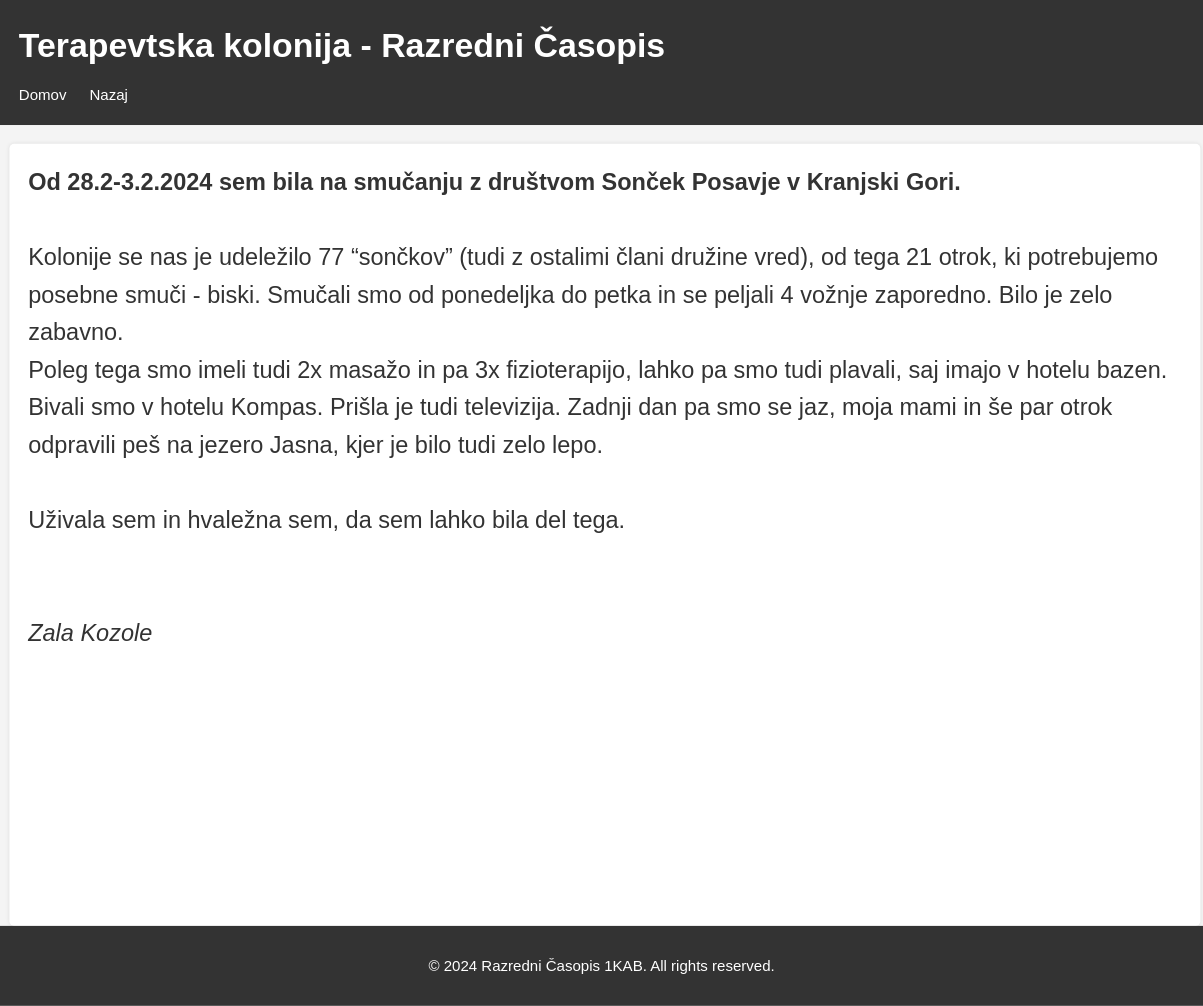
Repository: razrednicasopis/razrednicasopis.github.io
Page: Resources/terapevtskakolonija.html
The author's editor kept a copy of each file at every save. The page is drawn from the files as they stood at one save, then again after the next save.
The browser window is 1280 px wide. The pictures show the whole page, at 94% of full size.

Above is the page before, as saved 2024-03-12 12:53:08.
Console error: TypeError: Cannot read properties of null (reading 'addEventListener')

### Resources/terapevtskakolonija.html
<!DOCTYPE html>
<html lang="en">
<head>
    <meta charset="UTF-8">
    <meta name="viewport" content="width=device-width, initial-scale=1.0">
    <title>Terapevtska kolonija - Razredni Časopis</title>
    <link rel="stylesheet" href="system.css">
    <link rel="stylesheet" href="styless.css">
</head>
<body>

    <div class="blur-container">
    <header>
        <h1>Terapevtska kolonija - Razredni Časopis</h1>
        <nav>
          <ul>
            <li><a href="index.html">Domov</a></li>
            <li><a href="februar2024.html">Nazaj</a></li>
          </ul>
        </nav>
      </header>

<div class="člankimargin">
    <article>
        <div class="člankitext">
        <b>Od 28.2-3.2.2024 sem bila na smučanju z društvom Sonček Posavje v Kranjski Gori. </b><br><br>
Kolonije se nas je udeležilo 77 “sončkov” (tudi z ostalimi člani družine vred), od tega 21
otrok, ki potrebujemo posebne smuči - biski. Smučali smo od ponedeljka do petka in se
peljali 4 vožnje zaporedno. Bilo je zelo zabavno. <br>
Poleg tega smo imeli tudi 2x masažo in pa
3x fizioterapijo, lahko pa smo tudi plavali, saj imajo v hotelu bazen. <br>
Bivali smo v hotelu Kompas. Prišla je tudi televizija. Zadnji dan pa smo se jaz, moja mami in še par otrok
odpravili peš na jezero Jasna, kjer je bilo tudi zelo lepo. <br><br>
Uživala sem in hvaležna sem, da sem lahko bila del tega. <br><br><br>
            <i>Zala Kozole</i>
        </div>
    </article>
</div>


<footer>
    <p>&copy; 2024 Razredni Časopis 1KAB. All rights reserved.
    </footer>
</div>

<!--Pop-ups and other HTML code-->
<div id="maintenancePopup">
    <div id="maintenancePopupContent">
      <h1>POVEZAVA IZGUBLJENA</h1>
      <p>Povezava z strežnikom izgubljena zaradi vzdrževanja strani. Prosimo osvežite stran.</p>
      <button id="closeMaintenancePopupBtn">Osveži</button>
    </div>
  </div>

<script src="alerts.js"></script>
<script src="maintenancemode.js"></script>
</body>
</html>

### Resources/system.css
/* Koda za "Coming Soon" pop-up */

#popupContainer {
    display: none;
    position: fixed;
    top: 50%;
    left: 50%;
    transform: translate(-50%, -50%);
    background-color: #ffffff;
    box-shadow: 0 4px 8px rgba(0, 0, 0, 0.1);
    padding: 20px;
    border-radius: 10px;
    text-align: center;
    z-index: top;
  }

  #popupContent {
    max-width: 400px;
    margin: 0 auto;
  }

  #closePopupBtn {
    background-color: #3498db;
    color: #ffffff;
    padding: 10px 15px;
    border: none;
    border-radius: 5px;
    cursor: pointer;
  }

  #closePopupBtn:hover {
      background-color: #4da8e1;
  }

  #showPopupLink {
    display: inline-block;
    padding: 10px 15px;
    color: #ffffff;
    text-decoration: none;
    border-radius: 5px;
    cursor: pointer;
  }

body.popup-open {
   overflow: hidden;
}

.popup-open .blur-container {
  filter: blur(5px); /* Apply blur effect only when popup is open */
  pointer-events: none;
}

#maintenancePopup {
  display: none;
  position: fixed;
  top: 50%;
  left: 50%;
  transform: translate(-50%, -50%);
  background-color: #ffffff;
  box-shadow: 0 4px 8px rgba(0, 0, 0, 0.1);
  padding: 20px;
  border-radius: 10px;
  text-align: center;
  z-index: 999;
}

#maintenancePopupContent {
  max-width: 400px;
  margin: 0 auto;
}

#closeMaintenancePopupBtn {
  background-color: #3498db;
  color: #ffffff;
  padding: 10px 15px;
  border: none;
  border-radius: 5px;
  cursor: pointer;
  margin-top: 20px;
}

#closeMaintenancePopupBtn:hover {
  background-color: #4da8e1;
}

/* Koda za "Kontakt" obrazec */

#contactform {
    align-self: center;
    }

    .formcontainer {
      text-align: center;
      margin-top: 50px;
      display: flex;
      justify-content: center;
      align-items: flex-start; /* Align items at the top */
  }

  .border-box {
      display: inline-block;
      padding: 20px;
      width: 550px;
      height: 500px;
      border: 5px solid #333; /* Set your desired border color */
      border-radius: 30px; /* Set the border radius for slightly curved corners */
      background-color: #333; /* Set your desired background color inside the border */
  }

  form input,
form textarea {
    width: calc(100% - 40px); /* Adjusted width with a bit of padding on each side */
    padding: 10px; /* Increased padding for better readability */
    margin-bottom: 5px; /* Increased spacing between input areas */
    margin-top: 25px; /* Move input areas slightly lower */
    height: 40px; /* Increased height to make input areas bigger */
}

form select{
width: calc(100% - 40px); /* Adjusted width with a bit of padding on each side */
padding: 10px; /* Increased padding for better readability */
margin-bottom: 5px;
margin-top: 20px; /* Move input areas slightly lower */
height: 40px; /* Height of input areas */
border: 1px solid #ccc; /* Border style */
border-radius: 5px; /* Border radius */
font-size: 16px; /* Font size */
}

form textarea {
  height: 120px;
}

/* Form Submit Button Styles */

/* Your existing CSS code */
/* Koda za "Coming Soon" pop-up */

#popupContainer {
  display: none;
  position: fixed;
  top: 50%;
  left: 50%;
  transform: translate(-50%, -50%);
  background-color: #ffffff;
  box-shadow: 0 4px 8px rgba(0, 0, 0, 0.1);
  padding: 20px;
  border-radius: 10px;
  text-align: center;
  z-index: top;
}


#popupContent {
  max-width: 400px;
  margin: 0 auto;
}

#closePopupBtn {
  background-color: #3498db;
  color: #ffffff;
  padding: 10px 15px;
  border: none;
  border-radius: 5px;
  cursor: pointer;
}

#closePopupBtn:hover {
    background-color: #4da8e1;
}

#showPopupLink {
  display: inline-block;
  padding: 10px 15px;
  color: #ffffff;
  text-decoration: none;
  border-radius: 5px;
  cursor: pointer;
}

body.popup-open {
 overflow: hidden;
}

body.blur {
filter: blur(5px);
pointer-events: none;
z-index: 1;
}

/* Koda za "Kontakt" obrazec */

#contactform {
  align-self: center;
}

.formcontainer {
  text-align: center;
  margin-top: 50px;
  display: flex;
  justify-content: center;
  align-items: flex-start; /* Align items at the top */
}

.border-box {
  display: inline-block;
  padding: 20px;
  width: 550px;
  height: 500px;
  border: 5px solid #333; /* Set your desired border color */
  border-radius: 30px; /* Set the border radius for slightly curved corners */
  background-color: #333; /* Set your desired background color inside the border */
}

form input,
form textarea {
  width: calc(100% - 40px); /* Adjusted width with a bit of padding on each side */
  padding: 10px; /* Increased padding for better readability */
  margin-bottom: 5px; /* Increased spacing between input areas */
  margin-top: 25px; /* Move input areas slightly lower */
  height: 40px; /* Increased height to make input areas bigger */
}

form select{
width: calc(100% - 40px); /* Adjusted width with a bit of padding on each side */
padding: 10px; /* Increased padding for better readability */
margin-bottom: 5px;
margin-top: 20px; /* Move input areas slightly lower */
height: 40px; /* Height of input areas */
border: 1px solid #ccc; /* Border style */
border-radius: 5px; /* Border radius */
font-size: 16px; /* Font size */
}

form textarea {
height: 120px;
}

/* Combined CSS for Blob Button */

*, *:before, *:after {
  box-sizing: border-box;
  margin: 0;
  padding: 0;
}

.buttons {
  margin-top: 2 0px;
  text-align: center;
  border-radius: 30px;
}

.blob-btn {
  z-index: 1;
  position: relative;
  padding: 20px 150px;
  margin-bottom: 40px;
  margin-top: 10px;
  text-align: center;
  text-transform: uppercase;
  color: #0505A9;
  font-size: 16px;
  font-weight: bold;
  background-color: transparent;
  outline: none;
  border: none;
  transition: color 0.5s;
  cursor: pointer;
  border-radius: 30px;
}
.blob-btn:before {
  content: "";
  z-index: 1;
  position: absolute;
  left: 0;
  top: 0;
  width: 100%;
  height: 100%;
  border: 2px solid #0505A9;
  border-radius: 30px;
}
.blob-btn:after {
  content: "";
  z-index: -2;
  position: absolute;
  left: 3px;
  top: 3px;
  width: 100%;
  height: 100%;
  transition: all 0.3s 0.2s;
  border-radius: 30px;
}
.blob-btn:hover {
  color: #FFFFFF;
  border-radius: 30px;
}
.blob-btn:hover:after {
  transition: all 0.3s;
  left: 0;
  top: 0;
  border-radius: 30px;
}
.blob-btn__inner {
  z-index: -1;
  overflow: hidden;
  position: absolute;
  left: 0;
  top: 0;
  width: 100%;
  height: 100%;
  border-radius: 30px;
  background: #ffffff;
}
.blob-btn__blobs {
  position: relative;
  display: block;
  height: 100%;
  filter: url("#goo");
}
.blob-btn__blob {
  position: absolute;
  top: 2px;
  width: 30%;
  height: 100%;
  background: #0505A9;
  border-radius: 100%;
  transform: translate3d(0, 150%, 0) scale(1.7);
  transition: transform 0.45s;
}
@supports (filter: url("#goo")) {
  .blob-btn__blob {
    transform: translate3d(0, 150%, 0) scale(1.4);
  }
}
.blob-btn__blob:nth-child(1) {
  left: 0%;
  transition-delay: 0s;
}
.blob-btn__blob:nth-child(2) {
  left: 30%;
  transition-delay: 0.08s;
}
.blob-btn__blob:nth-child(3) {
  left: 60%;
  transition-delay: 0.16s;
}
.blob-btn__blob:nth-child(4) {
  left: 90%;
  transition-delay: 0.24s;
}
.blob-btn:hover .blob-btn__blob {
  transform: translateZ(0) scale(1.7);
}

/* Define the keyframes for the pulse effect */
@keyframes pulse {
  0% {
    box-shadow: 0 0 0 0 rgba(255, 255, 255, 0.7); /* Initial box shadow color, adjust to match button color */
  }
  50% {
    box-shadow: 0 0 0 20px rgba(255, 255, 255, 0); /* Intermediate box shadow color */
  }
  100% {
    box-shadow: 0 0 0 0 rgba(255, 255, 255, 0); /* Final box shadow color */
  }
}

/* Apply the animation to the button when it's clicked or focused */
.blob-btn:active, .blob-btn:focus {
  animation: pulse 0.3s ease-in-out; /* Adjust the duration to control the pulse speed */
}

@supports (filter: url("#goo")) {
  .blob-btn:hover .blob-btn__blob {
    transform: translateZ(0) scale(1.5);
  }
}

/* CSS za uro */

.clock {
  margin-top: 6cm;
  text-align: center;
  font-size: 3em;
}

/*CSS za vse stranske nav skupine razen za glavno */

.seznamvsebin {
  display: inline-block;
  vertical-align: bottom;
  width: calc(20% - 4px); /* Adjust width to accommodate border */
  box-sizing: border-box;
  margin: 40px;
  border: 3px solid #000; /* Border thickness */
  height: 750px; /* Set desired height */
  /* Additional styling for seznamvsebin if needed */
  background-color: #f2f2f2;

}

.seznamvsebin nav {
    justify-content: center;
    padding: 30px;

}

.seznamvsebin nav a {
      display: inline-block;
      padding: 5px 10px;
      color: #000000;
      text-align: center;
      text-decoration: none;
      margin-bottom: 5px;
      border: 2px, transparent;
      border-radius: 5px;
      transition: linear, border 0.1s linear;
      font-weight: bold;
}


.seznamvsebin nav a:hover {
    background-color: #e0e0e0;
    border: 2px solid #000000
}

.NoviceContent {
  float: right; /* Align to the right */
  width: calc(80% - 250px); /* Adjusted width */
  box-sizing: border-box;
  margin-top: 100px;
}

.NoviceContent p {
  margin-bottom: 20px;
}

#dynamicText {
  float: right; /* Align to the right */
  width: calc(89% - 250px); /* Adjusted width */
  box-sizing: border-box;
  margin-top: 90px;
}

#dynamicText article {
  width: 99%;
}

/* Pravila Obrazca CSS */

.pravilaobrazca {
  height: 630px;
}

.pravilaobrazca_opozorilo {
  margin-top: 275px; /* Keeps this div at the bottom */
  color: #666; /* Change text color if desired */
}

/* Random CSS */

/* CSS for the admin credits list */

.creditscontainer {
  display: flex;
  flex-wrap: wrap;
}

.creditslist {
  flex: 1;
  margin: 10px;
  padding: 0;
  list-style-type: none;
}

.creditslist li {
  margin-bottom: 5px;
}

.adminlist article {
  min-height: 225px;
}

/* Članki CSS */

.člankimargin {
  margin-top: 20px;
}

.člankimargin article {
  width: 99%;
  margin-left: 10px;
  height: 22cm;
}

.člankitext {
  margin-bottom: 75px;
  font-size: 25px;
}

.člankitext2 {
  font-size: 14.5px;
}

.člankitext3 {
  font-size: 18px;
}

#vitin_spis {
  font-size: 20px;
}

#grinchtext {
  font-size: 20px;
}

#grinchimg img {
  width: 20%;
  height: 20%
}

/* CSS za mediji.html */

.shrambaslik {
  float: right; /* Align to the right */
  width: calc(89% - 250px); /* Adjusted width */
  box-sizing: border-box;
  margin-top: 90px;
}

.shrambaslik img[id="1"] {
  width: 25%;
  height: 25%;
}

.shrambaslik img[id="2"] {
  width: 10%;
  height: 5%;
  margin-left: 2%;
}

### Resources/styless.css
* {
  margin: 0;
  padding: 0;
  box-sizing: border-box;
}

/* Globalni slogi */
body {
  font-family: Arial, sans-serif;
  line-height: 1.6;
  background-color: #f4f4f4;
  color: #333;
  margin: 0;
  padding: 0;
  max-height: 100vh;
}


.container {
    text-align: center;
    margin-top: 50px;
}

.border-box {
    display: inline-block;
    padding: 200px;
    width: 550px;
    height: 500px;
    border: 5px solid #333; /* Set your desired border color */
    border-radius: 30px; /* Set the border radius for slightly curved corners */
    background-color: #333; /* Set your desired background color inside the border */
}

header {
  background: #333;
  color: #fff;
  padding: 20px;
}

header h1 {
  margin-bottom: 10px;
  font-size: 36px;
}

nav ul {
  list-style: none;
}

nav ul li {
  display: inline;
  margin-right: 20px;
}

nav ul li a {
  color: #fff;
  text-decoration: none;
}

main {
  padding: 20px;
}

section {
  margin-bottom: 30px;
}

section h2 {
  margin-bottom: 15px;
}

article {
  background: #fff;
  padding: 20px;
  border-radius: 5px;
  box-shadow: 0 0 5px rgba(0, 0, 0, 0.1);
}

article h3 {
  margin-bottom: 10px;
}

article p {
  color: #666;
}

article a {
  display: inline-block;
  margin-top: 10px;
  text-decoration: none;
  color: #333;
  border-bottom: 1px solid #333;
  padding-bottom: 2px;
}

article a:hover {
  color: #000;
  border-color: #000;
}



footer {
  text-align: center;
  padding: 30px;
  background-color: #333;
  color: #fff;
  position: absolute;
  bottom: auto;
  width: 100%;
  text-align: center;
}

### Resources/alerts.js
 document.addEventListener('DOMContentLoaded', function () {
        document.querySelectorAll('.showPopupLink').forEach(function (link) {
            link.addEventListener('click', function (event) {
                event.preventDefault();
                document.getElementById('popupContainer').style.display = 'block';
                document.body.classList.add('popup-open');
            });
        });

        document.getElementById('closePopupBtn').addEventListener('click', function () {
            document.getElementById('popupContainer').style.display = 'none';
            document.body.classList.remove('popup-open');
        });
    });

    //Maintenance mode pop-up

    document.addEventListener('DOMContentLoaded', function ()  {
        function toggleMaintenancePopup(show) {
            var maintenancePopup = document.getElementById('maintenancePopup');
            if (maintenancePopup) {
                maintenancePopup.style.display = show ? 'block' : 'none';
                document.body.classList.toggle('popup-open', show);
                console.log(Error);
            }
        }


    function checkMaintenanceStatus() {
        setInterval(function () {


            toggleMaintenancePopup(maintenanceMode);

        }, 1000);
    }

    document.getElementById('closeMaintenancePopupBtn').addEventListener('click', function ()  {
        location.reload();
    });

    checkMaintenanceStatus();
});

Loaded but not shown: Resources/maintenancemode.js (no stored copy; drawn as an empty file)

After the next save:
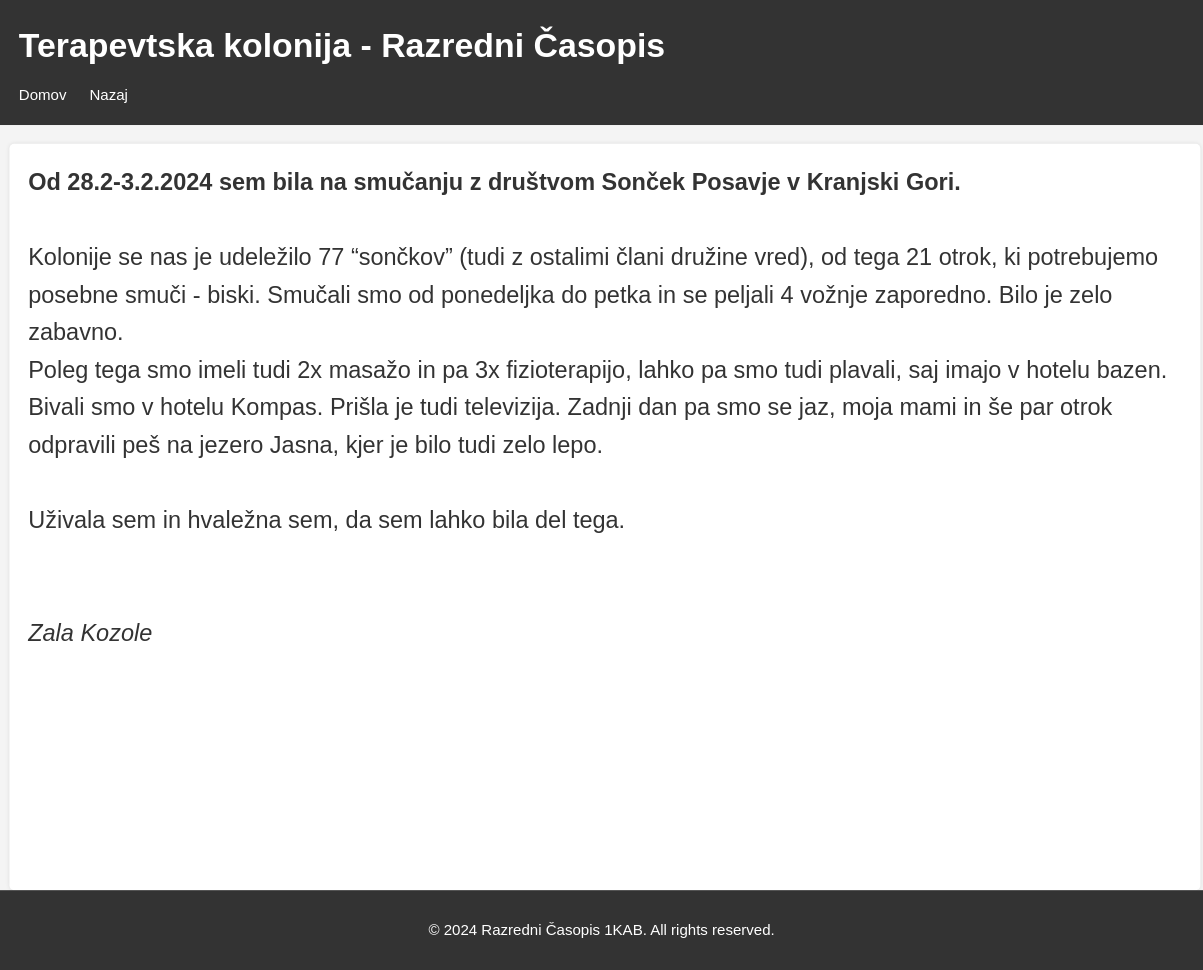
Saved 4 s later.
--- a/Resources/system.css
+++ b/Resources/system.css
@@ -490,7 +490,7 @@ height: 120px;
 .člankimargin article {
   width: 99%;
   margin-left: 10px;
-  height: 22cm;
+  height: 21cm;
 }
 
 .člankitext {
